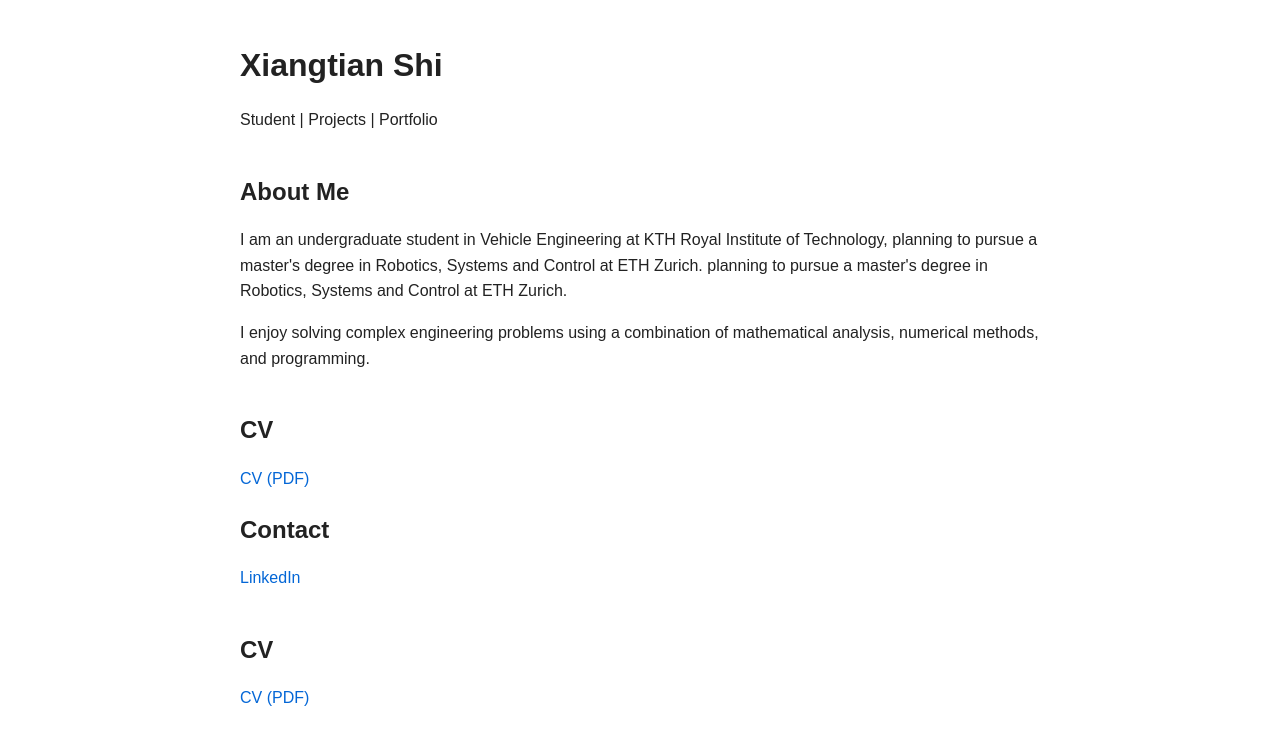
Repository: xitisch/xitisch.github.io
Page: index.html
The author's editor kept a copy of each file at every save. The page is drawn from the files as they stood at one save, then again after the next save.
The browser window is 1280 px wide. The pictures show the whole page.

Above is the page before, as saved 2026-04-21 23:19:08.

After the next save:
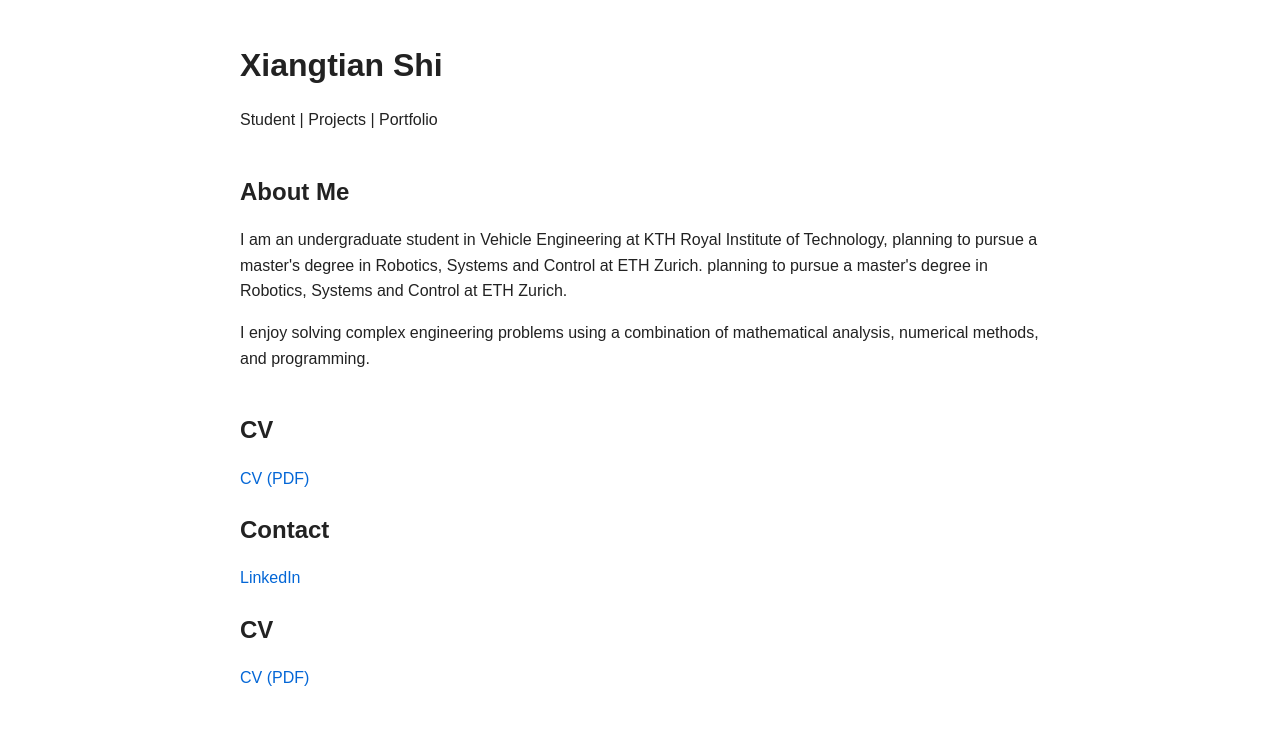
Saved 7 s later.
--- a/index.html
+++ b/index.html
@@ -44,7 +44,7 @@
     </p>
   </div>
 
-  <div class="section">
+  <div class="Affiliations">
     <h2>CV</h2>
     <p>
       <a href="XiangtianShi_CV.pdf" target="_blank">CV (PDF)</a>
